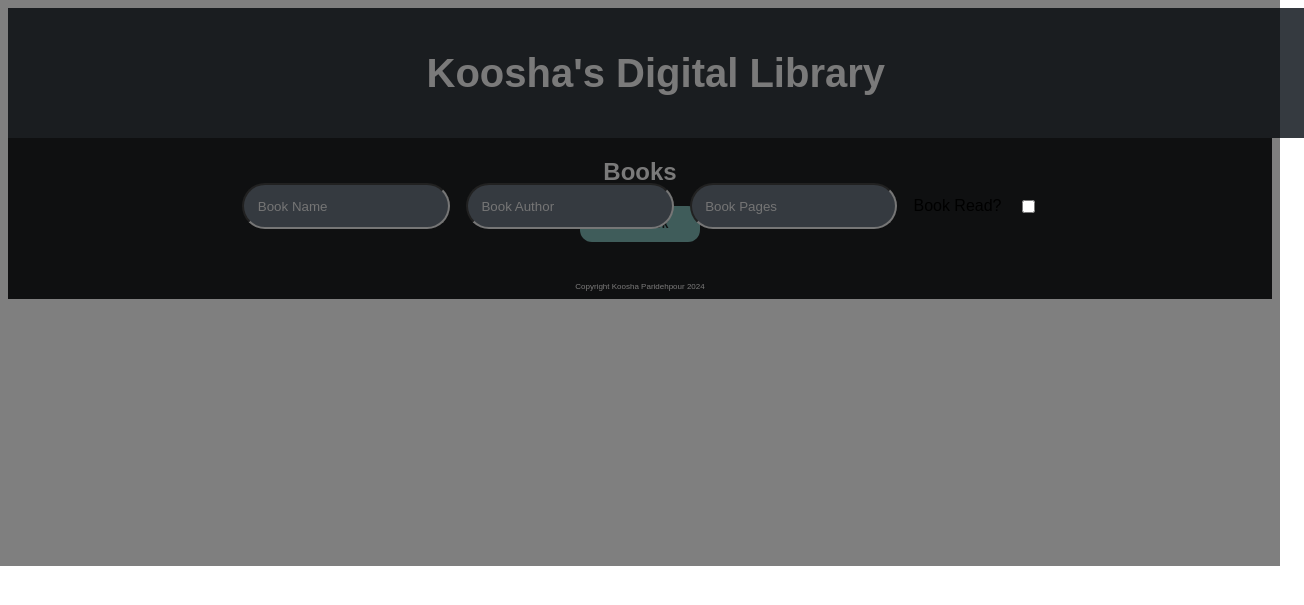
Repository: KooshaPari/odin-TTT
Page: index.html
The author's editor kept a copy of each file at every save. The page is drawn from the files as they stood at one save, then again after the next save.
The browser window is 1280 px wide. The page is 1304 px wide, so the pictures cover 1304 px, including what lies to the right of the window. The pictures show the whole page.

Above is the page before, as saved 2024-03-14 21:50:11.
Console error: TypeError: Document.querySelector is not a function

After the next save:
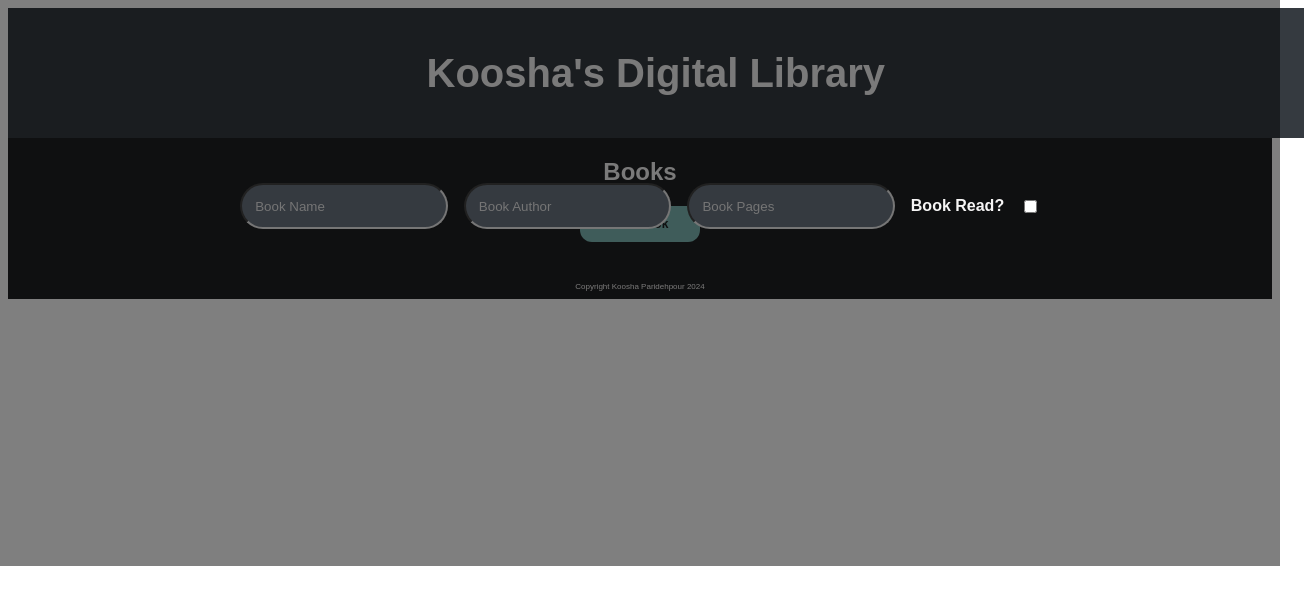
Saved 30 s later.
--- a/style.css
+++ b/style.css
@@ -87,3 +87,7 @@
 #bookRead {
   background-color: red;
 }
+#bookLBL {
+  color: #f6f5f5;
+  font-weight: bold;
+}
